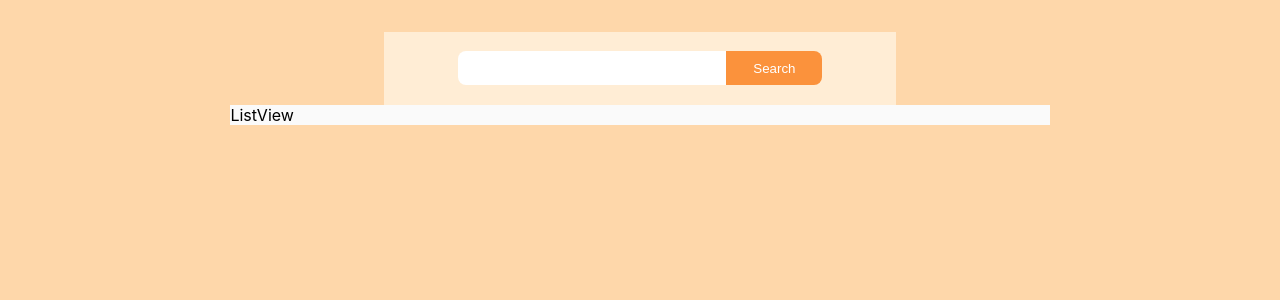
Repository: sandipkarmokar/recipeApp
Page: /
These files come from the project's save history. The page is drawn as it stood at one moment and after the next save; the edit follows.
The browser window is 1280 px wide. The pictures show the whole page.
The project was rebuilt for these pictures with package versions that can differ from the ones it lists, and the page was loaded fresh each time.

Above is the page before, as saved 2022-04-16 12:00:33.

### src/App.js
import { useState } from 'react';
import './App.css';
import SearchBar from './components/searchBar';
import ListView from './components/listView';

const App = () => {
    const [query, setQuery] = useState('');
    const [recipeList, setRecipeList] = useState([]);
    const [isLoading, setIsLoading] = useState(true);
    const [recipeId, setRecipeId] = useState('');

    const url = `https://forkify-api.herokuapp.com/api/search?q=${query}`;
    const recipeUrl = `https://forkify-api.herokuapp.com/api/get?rId=${recipeId}`;

    return (
        <div className="app">
            <div className="app-container">
                <SearchBar></SearchBar>
                <div className="recipe-modal">
                    <ListView></ListView>
                </div>
            </div>
        </div>
    );
};

export default App;

### src/App.css
* {
    margin: 0;
    padding: 0;
    box-sizing: border-box;
}

.app {
    height: 100vh;
    width: 100vw;
    background-color: #fed7aa;
}

.app .app-container {
    margin: 0 auto;
    width: 80%;
    padding: 2rem 0;
    display: flex;
    justify-content: center;
    flex-direction: column;
}

.app .app-container .searchBar {
    width: 50%;
    background-color: #ffedd5;
    padding: 1.2rem 1rem;
    margin: 0 auto;
    width: 50%;
    display: flex;
    justify-content: center;
}
.app .app-container .searchBar .searchBar-container {
    width: 80%;
    margin: 0 auto;
    display: flex;
    justify-content: center;
}
.app .app-container .searchBar .searchBar-container input {
    width: 70%;
    padding: 0.4rem 1rem;
    border: none;
    border-radius: 0.5rem 0 0 0.5rem;
}

.app .app-container .searchBar .searchBar-container button {
    width: 25%;
    padding: 0.6rem 1rem;
    background-color: #fb923c;
    border: none;
    color: #fff;
    border-radius: 0 0.5rem 0.5rem 0;
}

.app .app-container .recipe-modal {
    width: 80%;
    background-color: #fafafa;
    margin: 0 auto;
}

### src/components/searchBar.js
import React from 'react';

const SearchBar = () => {
    return (
        <div className="searchBar">
            <form className="searchBar-container">
                <input type="text" />
                <button type="submit">Search</button>
            </form>
        </div>
    );
};

export default SearchBar;

### src/components/listView.js
import React from 'react';

const ListView = () => {
    return <div>ListView</div>;
};

export default ListView;

Loaded but not shown: public/index.html (common file); src/index.js (common file); src/index.css (common file); src/reportWebVitals.js (common file)

After the next save:
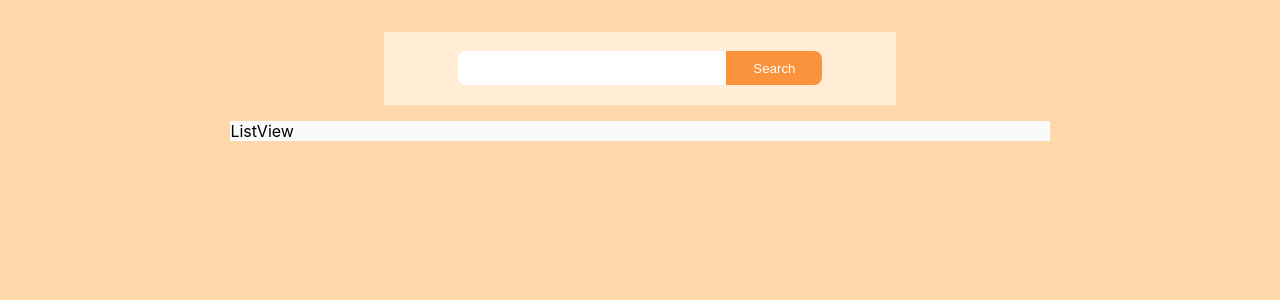
Saved 5 s later.
--- a/src/App.css
+++ b/src/App.css
@@ -53,5 +53,5 @@
 .app .app-container .recipe-modal {
     width: 80%;
     background-color: #fafafa;
-    margin: 0 auto;
+    margin: 1rem auto;
 }
